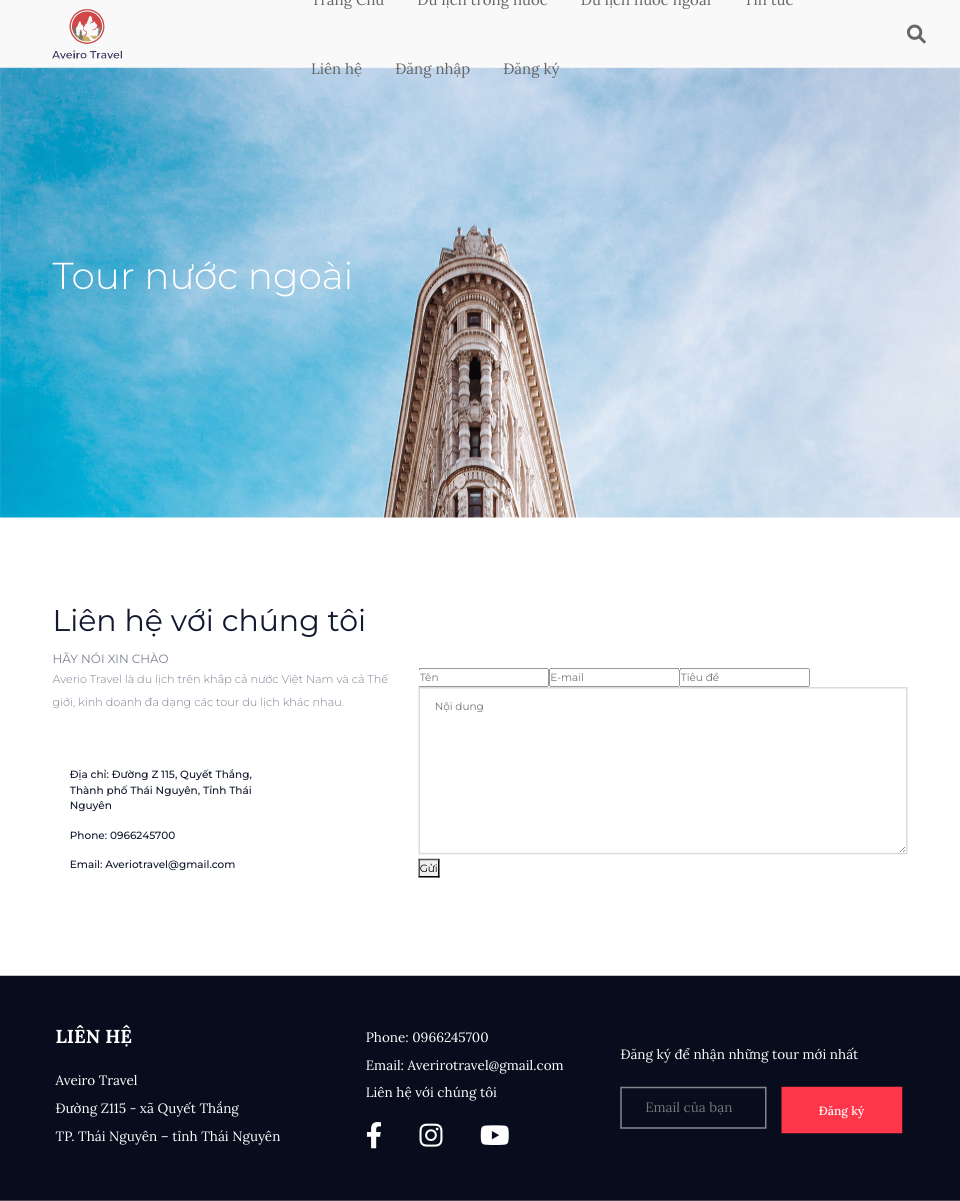
Repository: tuan842001/demotest
Page: /contact
The author's editor kept a copy of each file at every save. The page is drawn from the files as they stood at one save, then again after the next save.
The browser window is 1280 px wide. The pictures show the whole page, at 75% of full size.
The project was rebuilt for these pictures with package versions that can differ from the ones it lists, and the page was loaded fresh each time. Also part of the build but not shown: src/components/header/HeaderHome.jsx, src/components/top/top.css, src/components/post/post.css, src/components/post/Post.jsx, src/components/intourPost/intourPost.css, src/components/intourPost/IntourPost.jsx, src/components/posts/posts.css, src/components/posts/Posts.jsx and 18 more.

Above is the page before, as saved 2021-10-16 18:44:18.

### public/index.html
<!DOCTYPE html>
<html lang="en">
  <head>
    <meta charset="utf-8" />
    <link rel="icon" href="%PUBLIC_URL%/favicon.ico" />
    <meta name="viewport" content="width=device-width, initial-scale=1" />
    <meta name="theme-color" content="#000000" />
    <meta name="description" content="Web site created using create-react-app"/>
    <link href="https://fonts.googleapis.com/css2?family=Lora:wght@400;500;600;700&display=swap" rel="stylesheet">
    <link rel="stylesheet" href="https://cdnjs.cloudflare.com/ajax/libs/font-awesome/6.0.0-beta2/css/all.min.css" integrity="sha512-YWzhKL2whUzgiheMoBFwW8CKV4qpHQAEuvilg9FAn5VJUDwKZZxkJNuGM4XkWuk94WCrrwslk8yWNGmY1EduTA==" crossorigin="anonymous" referrerpolicy="no-referrer" />
    <link href="https://fonts.googleapis.com/css2?family=Lora:ital,wght@1,700&family=Montserrat:wght@200&display=swap" rel="stylesheet">
    <link href="https://fonts.googleapis.com/css2?family=Montserrat:wght@400;500;600;700;800;900&display=swap" rel="stylesheet">
	  <Link rel="stylesheet" href="./assets/styles/bootstrap4/popper.js">
	  <Link rel="stylesheet" href="./assets/styles/bootstrap4/bootstrap.min.js">
	  <Link rel="stylesheet" href="./assets/styles/bootstrap4/bootstrap.min.css">
	  <Link rel="stylesheet" href="./assets/styles/plugins/OwlCarousel2-2.2.1/owl.carousel.css">
	  <Link rel="stylesheet" href="./assets/styles/main_styles.css">
      <!--  -->
      <link rel="stylesheet"  href="./assets/styles/bootstrap4/bootstrap.min.css">
      <Link rel="stylesheet"  href="./assets/styles/js/jquery-3.2.1.min.js">
      <Link rel="stylesheet"  href="./assets/styles/bootstrap4/popper.js">
      <Link rel="stylesheet"  href="./assets/styles/bootstrap4/bootstrap.min.js">
      <Link rel="stylesheet"  href="./assets/plugins/OwlCarousel2-2.2.1/owl.carousel.js">
      <Link rel="stylesheet"  href="./assets/plugins/easing/easing.js">
      <Link rel="stylesheet"  href="./assets/plugins/parallax-js-master/parallax.min.js">
      <Link rel="stylesheet"  href="./assets/plugins/magnific-popup/jquery.magnific-popup.min.js">
      <Link rel="stylesheet"  href="./assets/styles/js/custom.js">
      <!--  -->
      <link
      rel="stylesheet"
      href="https://unpkg.com/swiper/swiper-bundle.min.css"
    />
    <title>Aveiro Travel</title>
  </head>
  <body>
    <noscript>You need to enable JavaScript to run this app.</noscript>
    <div id="root"></div>
  </body>
</html>

### src/pages/contact/Contact.jsx
import HeaderOuttour from "../../components/header/HeaderOuttour";
import Bottombar from "../../components/bottombar/Bottombar";
import "./contact.css";

export default function Contact() {
  return (
    <>
      <HeaderOuttour />
      <div className="contact">
        <div className="container">
          <div className="row">
            <div className="col">
              <div className="contactTitle">Liên hệ với chúng tôi</div>
              <div className="contactSubtitle">Hãy nói xin chào</div>
            </div>
          </div>
          <div className="row contactContent">
            <div className="col-lg-5">
              <div className="contactText">
                <p>
                  Averio Travel là du lịch trên khắp cả nước Việt Nam và cả Thế
                  giới, kinh doanh đa dạng các tour du lịch khác nhau.
                </p>
              </div>
              <div className="contactInfo">
                <div className="contactInfoContainer">
                  <ul>
                    <li>
                      Địa chỉ: Đường Z 115, Quyết Thắng, Thành phố Thái Nguyên,
                      Tỉnh Thái Nguyên
                    </li>
                    <li>Phone: 0966245700</li>
                    <li>Email: Averiotravel@gmail.com</li>
                  </ul>
                </div>
              </div>
            </div>
            <div className="col-lg-7">
              <div className="ContactFormContainer">
                <form action="#" id="contact_form" class="clearfix">
                  <input
                    id="contact_input_name"
                    class="contact_input contact_input_name"
                    type="text"
                    placeholder="Tên"
                    required="required"
                    data-error="Name is required."
                  />
                  <input
                    id="contact_input_email"
                    class="contact_input contact_input_email"
                    type="text"
                    placeholder="E-mail"
                    required="required"
                    data-error="E-mail is required."
                  />
                  <input
                    id="contact_input_subject"
                    class="contact_input contact_input_subject"
                    type="text"
                    placeholder="Tiêu đề"
                  />
                  <textarea
                    id="contact_input_message"
                    class="contact_message_input contact_input_message"
                    name="message"
                    placeholder="Nội dung"
                    required="required"
                    data-error="Please, write us a message."
                  ></textarea>
                  <button
                    id="contact_send_btn"
                    type="submit"
                    class="contact_send_btn trans_200"
                    value="Submit"
                  >
                    Gửi
                  </button>
                </form>
              </div>
            </div>
          </div>
        </div>
      </div>
      <Bottombar />
    </>
  );
}

### src/components/topbar/TopBar.jsx
import { Link } from "react-router-dom";
import React from "react";
import "./topbar.css";

export default function TopBar() {
  const user = false;
  return (
    <div className="top">
      <div className="topLeft">
        <img
          className="topImg"
          src="./assets/images/logoAveiroTravel.png"
          alt=""
        />
      </div>
      <div className="topCenter">
        <ul className="topList">
          <li className="topListItem">
            <Link
              style={{
                textDecoration: "none",
                color: "inherit",
                fontsize: "20px",
              }}
              to="/"
            >
              Trang Chủ
            </Link>
          </li>
          <li className="topListItem">
            <Link
              style={{
                textDecoration: "none",
                color: "inherit",
                fontsize: "20px",
              }}
              to="/intour"
            >
              Du lịch trong nước
            </Link>
          </li>
          <li className="topListItem">
            <Link
              style={{
                textDecoration: "none",
                color: "inherit",
                fontsize: "20px",
              }}
              to="/outtour"
            >
              Du lịch nước ngoài
            </Link>
          </li>
          <li className="topListItem">
            <Link
              style={{
                textDecoration: "none",
                color: "inherit",
                fontsize: "20px",
              }}
              to="/intour"
            >
              Tin tức
            </Link>
          </li>
          <li className="topListItem">
            <Link
              style={{
                textDecoration: "none",
                color: "inherit",
                fontsize: "20px",
              }}
              to="/contact"
            >
              Liên hệ
            </Link>
          </li>
          <li className="topListItem">
            <Link
              style={{
                textDecoration: "none",
                color: "inherit",
                fontsize: "20px",
              }}
              to="/login"
            >
              Đăng nhập
            </Link>
          </li>
          <li className="topListItem">
            <Link
              style={{
                textDecoration: "none",
                color: "inherit",
                fontsize: "20px",
              }}
              to="/register"
            >
              Đăng ký
            </Link>
          </li>
        </ul>
      </div>
      <div className="topRight">
        <i className="topSearchIcon fas fa-search"></i>
      </div>
    </div>
  );
}

### src/components/bottombar/Bottombar.jsx
import "./bottombar.css";

export default function Bottombar() {
  return (
    <div className="bottombar">
      <div className="bottomLeft">
        <span className="bottomTitle">LIÊN HỆ</span>
        <span className="bottomText">Aveiro Travel</span>
        <span className="bottomText">Đường Z115 - xã Quyết Thắng</span>
        <span className="bottomText">TP. Thái Nguyên – tỉnh Thái Nguyên</span>
      </div>
      <div className="bottomCenter">
        <span className="bottomText">Phone: 0966245700</span>
        <span className="bottomText">Email: Averirotravel@gmail.com</span>
        <span className="bottomText">
          Liên hệ với chúng tôi <i></i>
        </span>
        <div className="bottomItem">
          <i className="bottomIcon fab fa-facebook-f"></i>
          <i className="bottomIcon fab fa-instagram"></i>
          <i className="bottomIcon fab fa-youtube"></i>
        </div>
      </div>
      <div className="bottomRight">
        <span className="bottomText">Đăng ký để nhận những tour mới nhất</span>
        <div className="bottomSubscribe">
          <input
            type="email"
            id="bottom_input"
            className="bottom_input"
            placeholder="Email của bạn"
          />
          <button type="submit" id="bottom_button" class="bottom_button">
            Đăng ký
          </button>
        </div>
      </div>
    </div>
  );
}

### src/app.css
*{
    margin: 0;
    padding: 0;
    -webkit-font-smoothing: antialiased;
    -webkit-text-shadow: rgba(0,0,0,.01) 0 0 1px;
    text-shadow: rgb(0 0 0 / 1%) 0 0 1px;
}
body{
    font-family: 'Montserrat', sans-serif;
    font-size: 14px;
    font-weight: 400;
    background: #FFFFFF;
    color: #131a2f;
}
ul{
    list-style: none;
    margin-bottom: 0px;
    padding-left: 0rem !important;
}
a{
    display: block;
    font-size: 16px;
    font-weight: 500;
    line-height: 56px;
    text-decoration: none;
    background-color: transparent;
}

.sectionTitle{
    padding-top: 30px;
    line-height: 1.1;
    font-size: 40px;
    font-weight: 300;
    text-align: center!important;

}
.sectionTitle div {
    font-size: 16px;
    font-weight: 600;
    color: #7d8293;
    text-transform: uppercase;
    margin-top: 19px;
}
img{
    vertical-align: middle;
    border-style: none;
}
/* div{
    display: block;
    position: relative;
    -webkit-box-sizing: border-box;
    -moz-box-sizing: border-box;
    box-sizing: border-box;
} */


.dropdown-content {
    display: none;
    position: absolute;
    right: 0;
    top: 100%;
    margin: 0;
    width: 100%;
    background: #FFFFFF;

    z-index: 1;
    box-shadow: 0 15px 25px rgb(63 78 100 / 15%);
}

.dropdown:hover .dropdown-content {
    display: block;
}
.btn-primary {
    color: #fff;
    background-color: #fe435b;
    border-color: #fe435b;
    font-weight: 500;
}

### src/components/header/HeaderOuttour.jsx
import "./header.css";

export default function HeaderOuttour() {
  return (
    <div>
      <div className="headerIntour">
        <div className="headerIntourBackground">
          <img src="./assets/images/news.jpg" alt="" />
        </div>
        <div class="container">
          <div class="row">
            <div class="col">
              <div class="header_content">
                <div class="header_content_inner">
                  <div class="header_title">Tour nước ngoài</div>
                  <div class="header_breadcrumbs">
                    <ul class="header_breadcrumbs_list">
                      <li class="header_breadcrumb"></li>
                    </ul>
                  </div>
                </div>
              </div>
            </div>
          </div>
        </div>
      </div>
    </div>
  );
}

### src/pages/contact/contact.css
.contact {
    padding-top: 107px;
    padding-bottom: 120px;
}
.contactTitle {
    font-size: 40px;
    font-weight: 400;
    color: #131a2f;
}
.contactSubtitle {
    font-size: 16px;
    text-transform: uppercase;
    color: #7d8293;
    margin-top: 10px;
}


.contactInfo {
    margin-top: 75px;
}
.contactInfoContainer {
    display: inline-block;
    vertical-align: top;
    margin-top: -4px;
    padding-left: 23px;
    max-width: 310px;
}
.contactInfoContainer ul li {
    font-size: 14px;
    color: #131a2f;
    font-weight: 500;
    margin-bottom: 18px;
}


.contactFormContainer {
    width: 100%;
    margin-top: 7px;
}
.contact_form_container {
    width: 100%;
    margin-top: 7px;
}
.contact_input_message {
    width: 100%;
    height: 223px;
    border: solid 2px #dbdbdb;
    outline: none;
    padding-top: 13px;
    padding-left: 20px;
}

### src/components/topbar/topbar.css
.top{
    width: 100%;
    height: 90px;
    background-color: #f9f9f9;
    position: sticky;
    top: 0;
    display: flex;
    align-items: center;
    font-family: 'Lora', serif;
    color: #666;
    z-index: 999;
}

.topLeft{
    flex: 2;
    display: flex;
    align-items: center;
    justify-content: center;
}
.topCenter{
    flex: 8;
}
.topCenter ul{
    padding-left: 10rem !important;
}
.topRight{
    flex: 1;
    display: inline-flex;
    height: 100%;
}
.topImg{
    width: 140px;
    height: 90px;
    object-fit: cover;
}
.topList{
    height: 100%;
}
.topListItem{
    display: inline-block;
    position: relative;
    padding-top: 2px;
}
.topListItem a {
    display: block;
    font-size: 20px;
    font-weight: 400;
    line-height: 90px;
    padding-left: 22px;
    padding-right: 22px;
}
.topSearchIcon{
    font-size: 25px;
    width: 100%;
    color: #666;
    text-align: center;
    margin-left: auto;
    margin-right: auto;
    line-height: 90px;
    cursor: pointer;
}
.topListItem.active::after {
    display: block;
    position: absolute;
    bottom: 1px;
    left: 0;
    width: 100%;
    height: 3px;
    background: #fe435b;
    content: '';
}

### src/components/bottombar/bottombar.css
.bottombar{
    width: 100%;
    height: 300px;
    background-color: #080d1d;
    display: flex;
    align-items: center;
    font-family: 'Lora', serif;
    color: #fff;
    font-size: 18px;
    position: absolute;
}
.bottomLeft, .bottomCenter {
    flex: 3;
    display: flex;
    flex-direction: column;
    justify-content: center;
    margin-left: 74px;
}

.bottomRight{
    flex: 4;
    display: flex;
    flex-direction: column;
    justify-content: center;
}
.bottomTitle{
    font-size: 25px;
    font-weight: 700;
    margin-bottom: 25px;
}
.bottomText{
    margin-bottom: 10px;
}
.bottomIcon{
    font-size: 35px;
    margin-top: 15px;
    margin-right: 50px;
    cursor: pointer;
}
.bottomSubscribe{
    display: flex;
    margin-top: 20px;
}
.bottom_input{
    width: calc(65% - 100px);
    height: 56px;
    border: solid 2px rgba(255,255,255,0.5);
    outline: none;
    background: transparent;
    padding-left: 31px;
    color: #FFFFFF;
}
.bottom_button{
    width: 161px;
    height: 62px;
    vertical-align: top;
    cursor: pointer;
    border: none;
    outline: none;
    background: #fe364a;
    color: #FFFFFF;
    font-size: 16px;
    margin-left: 20px;
    font-weight: 500;
    -webkit-transition: all 200ms ease;
    -moz-transition: all 200ms ease;
    -ms-transition: all 200ms ease;
    -o-transition: all 200ms ease;
    transition: all 200ms ease;
}

### src/components/header/header.css
.header{
    width: 100%;
    height: 100vh;
    font-family: 'Montserrat', sans-serif;
}
.headerBackground, .headerBackground img{
    position: absolute;
    top: 0;
    left: 0;
    width: 100%;
    height: 100%;
    background-repeat: no-repeat;
    background-size: cover;
    background-position: center center;
}
.headerContent{
    position: absolute;
    top: 25%;
    left: 50%;
    -webkit-transform: translateX(-50%);
    -moz-transform: translateX(-50%);
    -ms-transform: translateX(-50%);
    -o-transform: translateX(-50%);
    transform: translateX(-50%);
    width: 80%;
    text-align: center;
}
.headerTitleSm{
    position: absolute;
    top: 50%;
    left: 48%;
    -webkit-transform: translate(-50%, -50%);
    -moz-transform: translate(-50%, -50%);
    -ms-transform: translate(-50%, -50%);
    -o-transform: translate(-50%, -50%);
    transform: translate(-50%, -50%);
    width: 100%;
    font-size: 72px;
    font-weight: 400;
    color: #FFFFFF;
    text-shadow: 0px 11px 51px rgb(0 0 0 / 35%);

}
.headerTitleLg{
    font-size: 220px;
    font-weight: 900;
    color: #fdaa27;
    opacity: 0.35;
    text-transform: uppercase;
    line-height: 0.75;
}

/* Header Intour */
.headerIntour{
    width: 100%;
    height: 600px;
}
.headerIntourBackground, .headerIntourBackground img{
    position: absolute;
    top: 0;
    left: 0;
    width: 100%;
    height: 100%;
    background-repeat: no-repeat;
    background-size: cover;
    background-position: center center;
}
.header_content {
    width: 100%;
    height: 601px;
}
.header_content_inner {
    position: absolute;
    top: 40%;
    left: 0;
    width: 100%;
    text-align: left;
}
.header_title {
    font-size: 50px;
    font-weight: 300;
    color: #FFFFFF;
}
.header_breadcrumbs {
    margin-top: -6px;
}

Loaded but not shown: src/index.js (common file); public/assets/styles/bootstrap4/popper.js (library); public/assets/styles/bootstrap4/bootstrap.min.js (library); public/assets/styles/bootstrap4/bootstrap.min.css (library); public/assets/styles/plugins/OwlCarousel2-2.2.1/owl.carousel.css (library); public/assets/styles/js/jquery-3.2.1.min.js (library); public/assets/styles/plugins/OwlCarousel2-2.2.1/owl.carousel.js (library); public/assets/styles/plugins/easing/easing.js (library); public/assets/styles/plugins/parallax-js-master/parallax.min.js (library); public/assets/styles/plugins/magnific-popup/jquery.magnific-popup.min.js (library); public/assets/styles/js/custom.js (219 lines, source omitted); src/App.js (47 lines, source omitted); public/assets/styles/main_styles.css (1627 lines, source omitted); src/pages/outtour/test.css (1543 lines, source omitted); src/pages/intour/intour.css (no stored copy; drawn as an empty file)

After the next save:
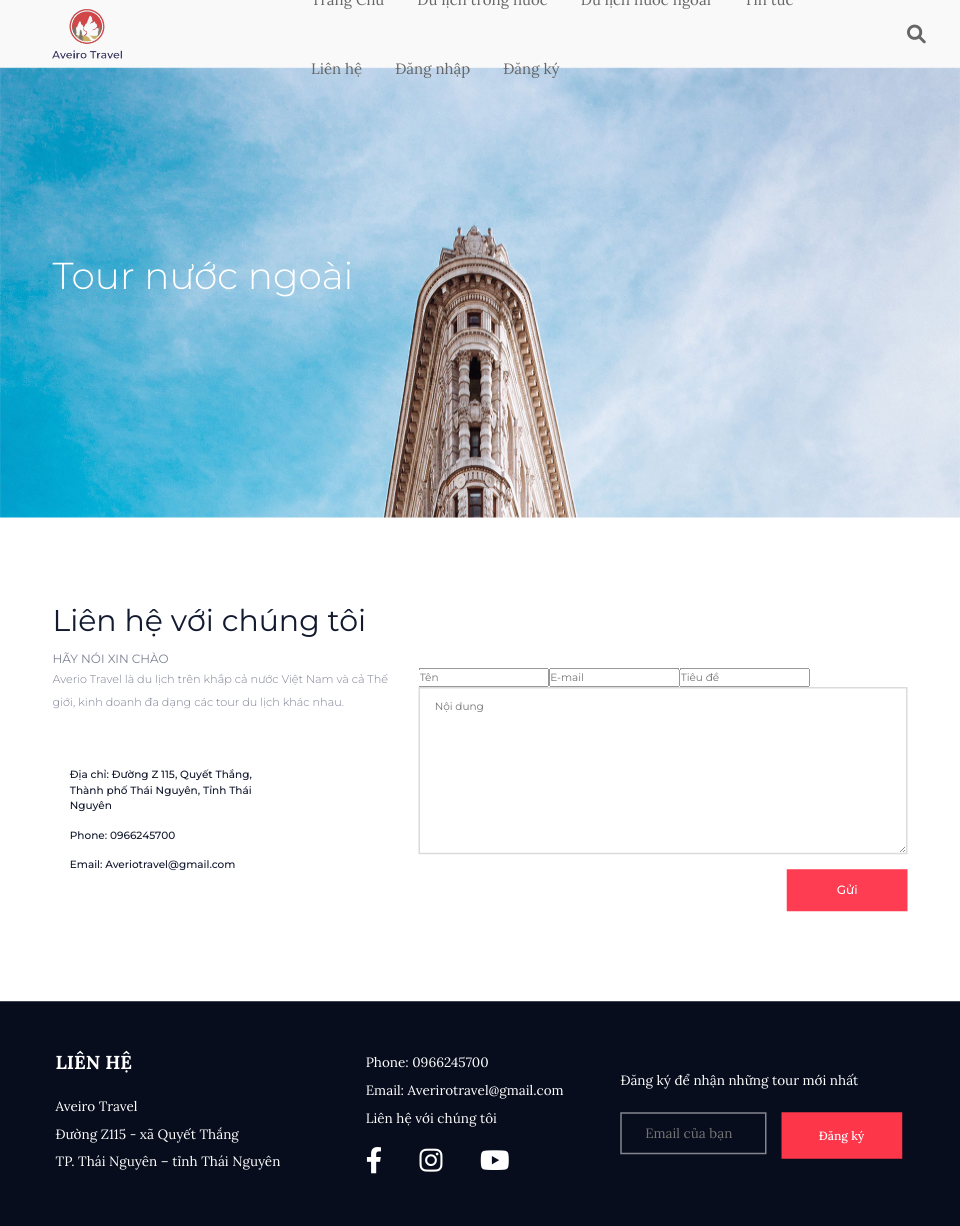
Saved 16 s later.
--- a/src/pages/contact/contact.css
+++ b/src/pages/contact/contact.css
@@ -49,3 +49,16 @@
     padding-top: 13px;
     padding-left: 20px;
 }
+.contact_send_btn {
+    width: 161px;
+    height: 56px;
+    background: rgba(254,60,82,1);
+    border: none;
+    outline: none;
+    float: right;
+    color: #FFFFFF;
+    font-size: 16px;
+    font-weight: 500;
+    cursor: pointer;
+    margin-top: 14px;
+}
